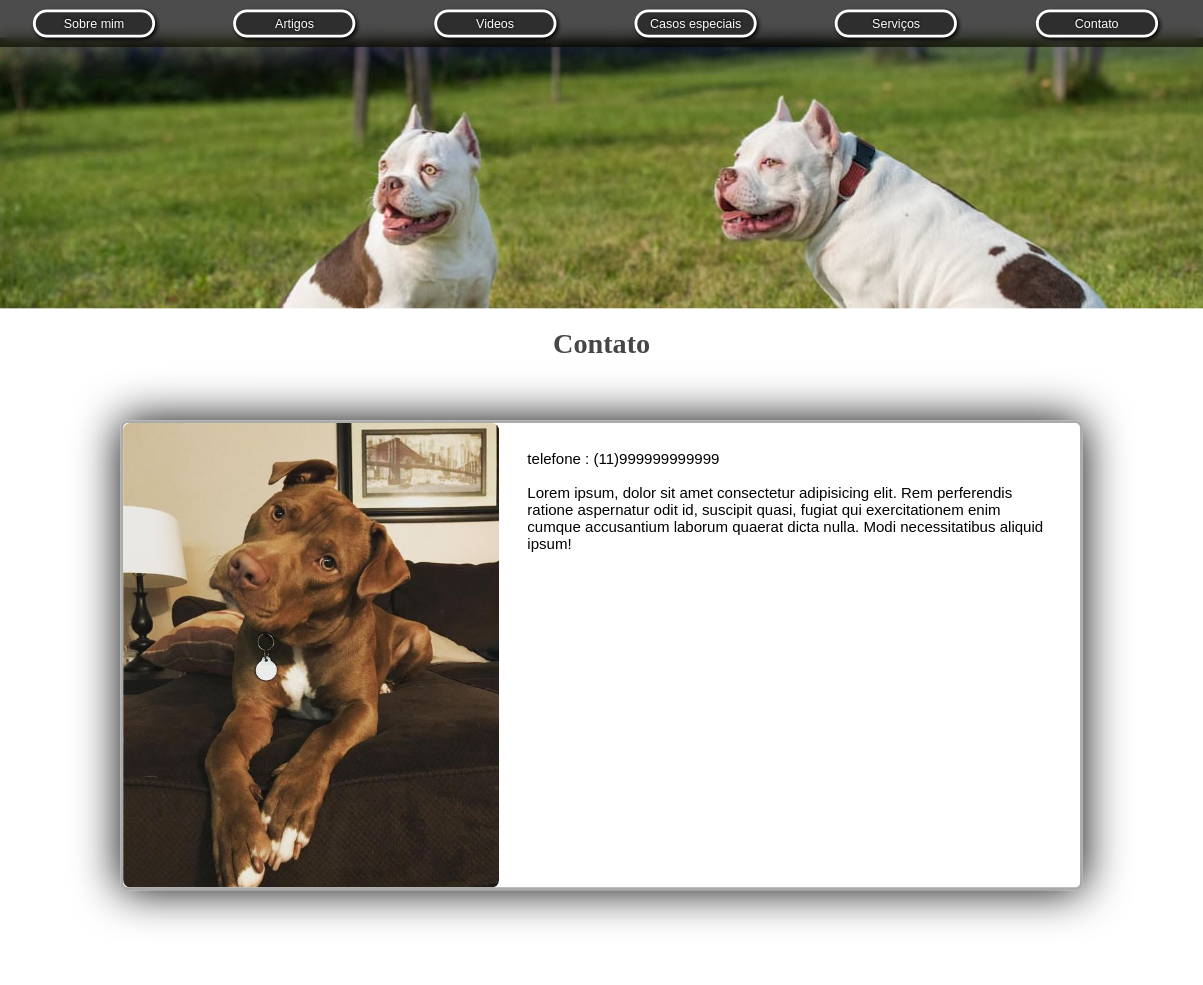
Repository: KevynMarques/Blog-React-StyledComponent
Page: /, after clicking the first element matching `button.sc-iGgWBj`
These files come from the project's save history. The page is drawn as it stood at one moment and after a run of saves; the edit follows.
The browser window is 1280 px wide. The pictures show the whole page, at 94% of full size.
The project was rebuilt for these pictures with package versions that can differ from the ones it lists, and the page was loaded fresh each time. Also part of the build but not shown: src/Components/Artigos/index.jsx, src/Components/Clientes/index.jsx, src/Components/Serviços/index.jsx, src/Components/View/index.jsx.

Above is the page before, as saved 2022-02-21 18:35:54.

After the next 2 saves:
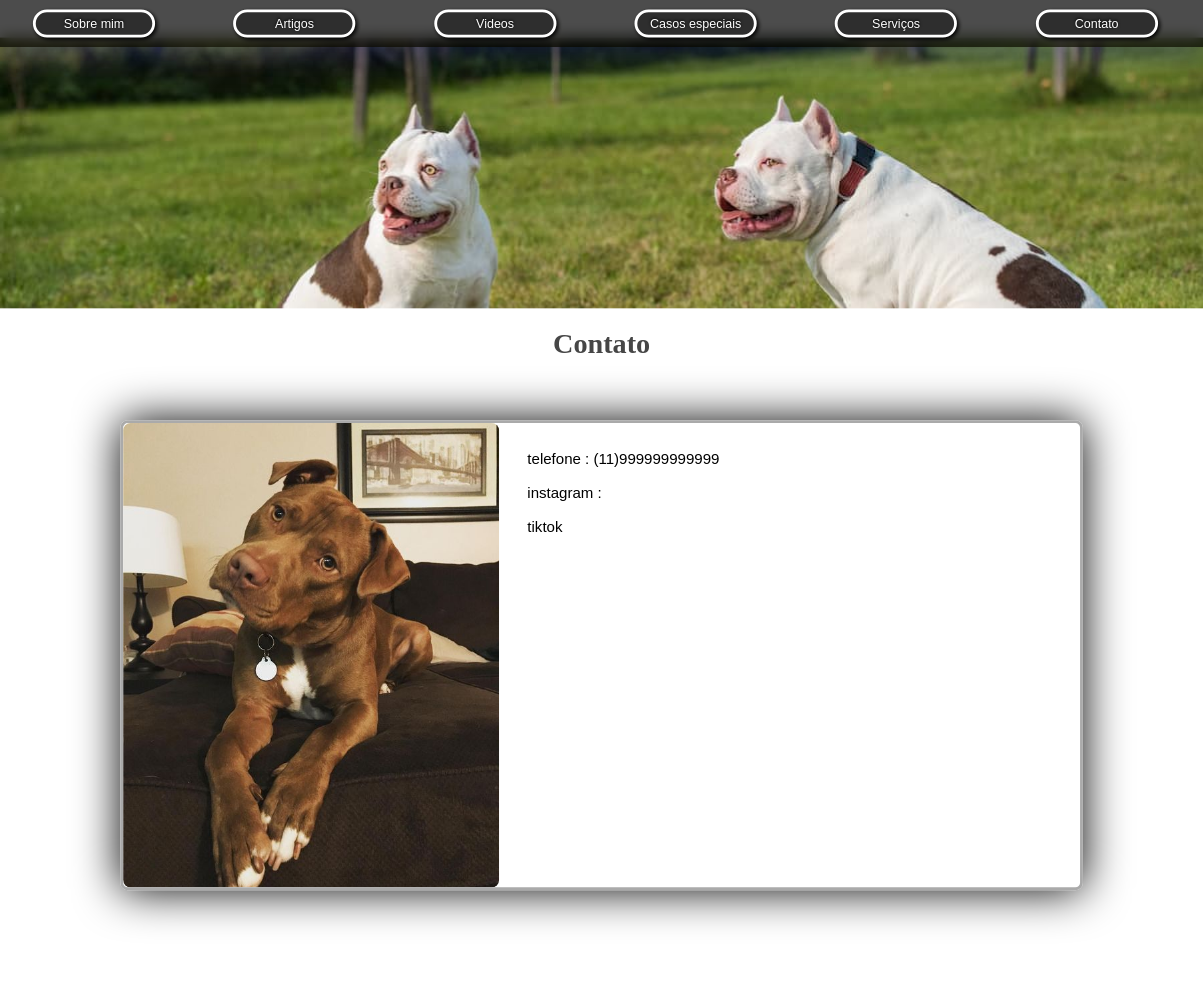
The 2 saves are shown as one change because they came seconds apart.
The last was saved 19 s later.
--- a/src/Components/Contato/index.jsx
+++ b/src/Components/Contato/index.jsx
@@ -25,7 +25,13 @@ export default () => {
        <Info>
        telefone : (11)999999999999
        <br></br> <br></br>
-        Lorem ipsum, dolor sit amet consectetur adipisicing elit. Rem perferendis ratione aspernatur odit id, suscipit quasi, fugiat qui  exercitationem  enim cumque accusantium laborum quaerat dicta nulla. Modi necessitatibus aliquid ipsum!
+       instagram :
+
+       <br></br><br></br>
+
+       tiktok
+
+       <br></br><br></br>
         </Info>
        </ContainerBox>
     </>
